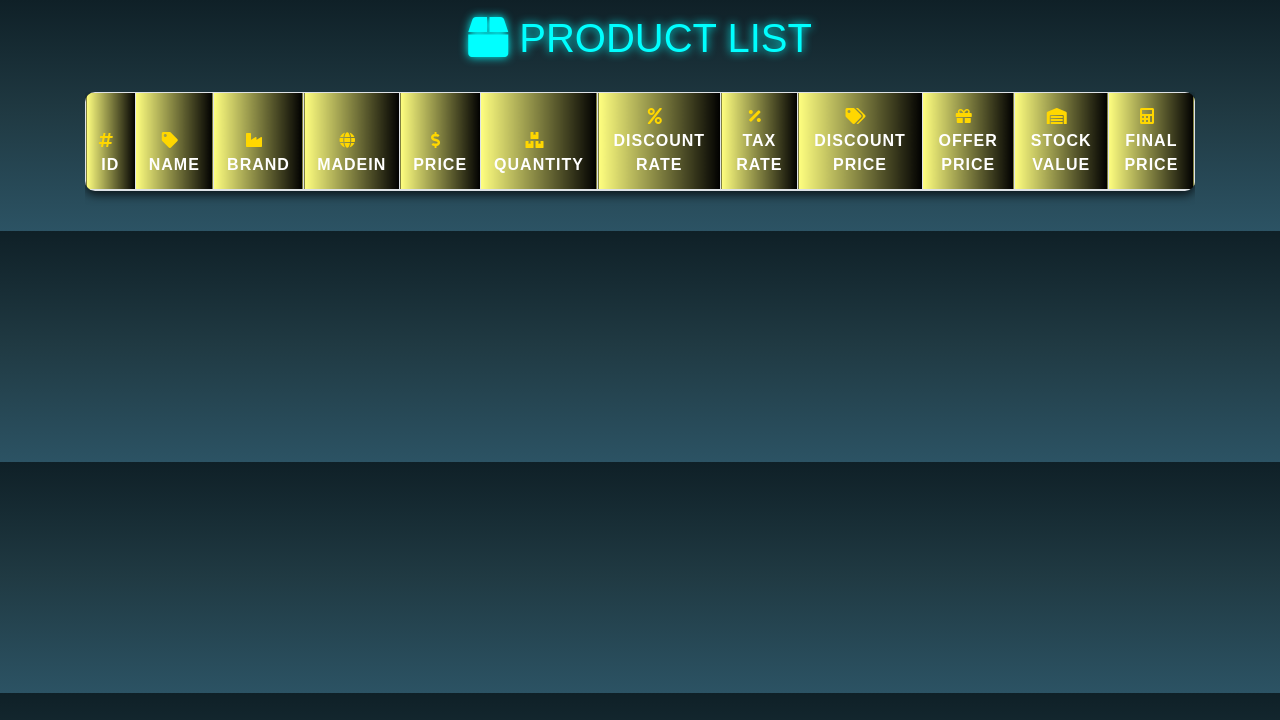
Repository: Ravi-kishor-09/Ravi-projects
Page: http://localhost/product-list
The author's editor kept a copy of each file at every save. The page is drawn from the files as they stood at one save, then again after the next save.
The browser window is 1280 px wide. The pictures show the whole page.
The page is this project's Thymeleaf template; nobody is signed in. The template is opened directly, without the code that normally fills it, so the values that code supplies are empty.

Above is the page before, as saved 2024-12-20 14:22:19.

### spring1/src/main/resources/templates/product-list.html
<!DOCTYPE html>
<html lang="en">
<head>
    <meta charset="UTF-8">
    <meta name="viewport" content="width=device-width, initial-scale=1.0">
    <title>Product List</title>
    <!-- Bootstrap CSS -->
    <link href="https://maxcdn.bootstrapcdn.com/bootstrap/4.5.2/css/bootstrap.min.css" rel="stylesheet">
    <!-- Font Awesome for Icons -->
    <link href="https://cdnjs.cloudflare.com/ajax/libs/font-awesome/5.15.4/css/all.min.css" rel="stylesheet">
    <style>
        /* General Styles */
        body {
            background: linear-gradient(to bottom, #0f2027, #203a43, #2c5364);
            color: white;
            font-family: 'Arial', sans-serif;
        }
        h1 {
            color: aqua;
            margin-bottom: 20px;
            text-shadow: 0 0 10px aqua;
            animation: text-jump 2s infinite;
        }
        @keyframes text-jump {
            0%, 100% { transform: translateY(0); }
            50% { transform: translateY(-10px); }
        }

        /* Table Styles */
        table {
            background-color: rgba(0, 0, 0, 0.8);
            border-radius: 10px;
            overflow: hidden;
            box-shadow: 0 4px 10px rgba(0, 0, 0, 0.7);
        }
        thead th {
            background: linear-gradient(90deg, rgb(255, 255, 128), rgb(0, 0, 0));
            color: white;
            font-weight: bold;
            text-transform: uppercase;
            letter-spacing: 1px;
        }
        tbody td {
            color: #d4f3ef;
        }
        tbody tr {
            transition: background-color 0.3s, transform 0.3s;
        }
        tbody tr:hover {
            background: #333;
            transform: scale(1.02);
            cursor: pointer;
        }

        /* Column Icons */
        .icon {
            color: gold;
            margin-right: 8px;
        }

        /* Button and Interaction Styles */
        .btn {
            border: none;
            color: white;
            background: linear-gradient(90deg, #56ab2f, #a8e063);
            padding: 8px 15px;
            border-radius: 20px;
            transition: all 0.3s ease-in-out;
        }
        .btn:hover {
            background: linear-gradient(90deg, #a8e063, #56ab2f);
            box-shadow: 0 0 10px #a8e063;
        }

        /* Row Glow Effect */
        tbody tr:hover td {
            text-shadow: 0 0 8px #39ff14;
        }

        /* Responsive Styles */
        @media (max-width: 768px) {
            h1 {
                font-size: 1.5rem;
            }
            table {
                font-size: 0.9rem;
            }
        }
    </style>
</head>
<body>
    <div class="container text-center py-4">
        <h1><i class="fas fa-box"></i> PRODUCT LIST</h1>
        <div class="table-responsive">
            <table class="table table-bordered table-hover">
                <thead>
                    <tr>
                        <th><i class="fas fa-hashtag icon"></i>Id</th>
                        <th><i class="fas fa-tag icon"></i>Name</th>
                        <th><i class="fas fa-industry icon"></i>Brand</th>
                        <th><i class="fas fa-globe icon"></i>MadeIn</th>
                        <th><i class="fas fa-dollar-sign icon"></i>Price</th>
                        <th><i class="fas fa-boxes icon"></i>Quantity</th>
                        <th><i class="fas fa-percent icon"></i>Discount Rate</th>
                        <th><i class="fas fa-percentage icon"></i>Tax Rate</th>
                        <th><i class="fas fa-tags icon"></i>Discount Price</th>
                        <th><i class="fas fa-gift icon"></i>Offer Price</th>
                        <th><i class="fas fa-warehouse icon"></i>Stock Value</th>
                        <th><i class="fas fa-calculator icon"></i>Final Price</th>
                    </tr>
                </thead>
                <tbody>
                    <tr th:each="product : ${products}">
                        <td th:text="${product.Id}"></td>
                        <td th:text="${product.Name}"></td>
                        <td th:text="${product.Brand}"></td>
                        <td th:text="${product.MadeIn}"></td>
                        <td th:text="${product.price}"></td>
                        <td th:text="${product.Quantity}"></td>
                        <td th:text="${product.discountRate}"></td>
                        <td th:text="${product.taxRate}"></td>
                        <td th:text="${product.discountprice}"></td>
                        <td th:text="${product.offerprice}"></td>
                        <td th:text="${product.stockvalue}"></td>
                        <td th:text="${product.finalprice}"></td>
                    </tr>

                </tbody>
            </table>
        </div>
    </div>
</body>
</html>

After the next save:
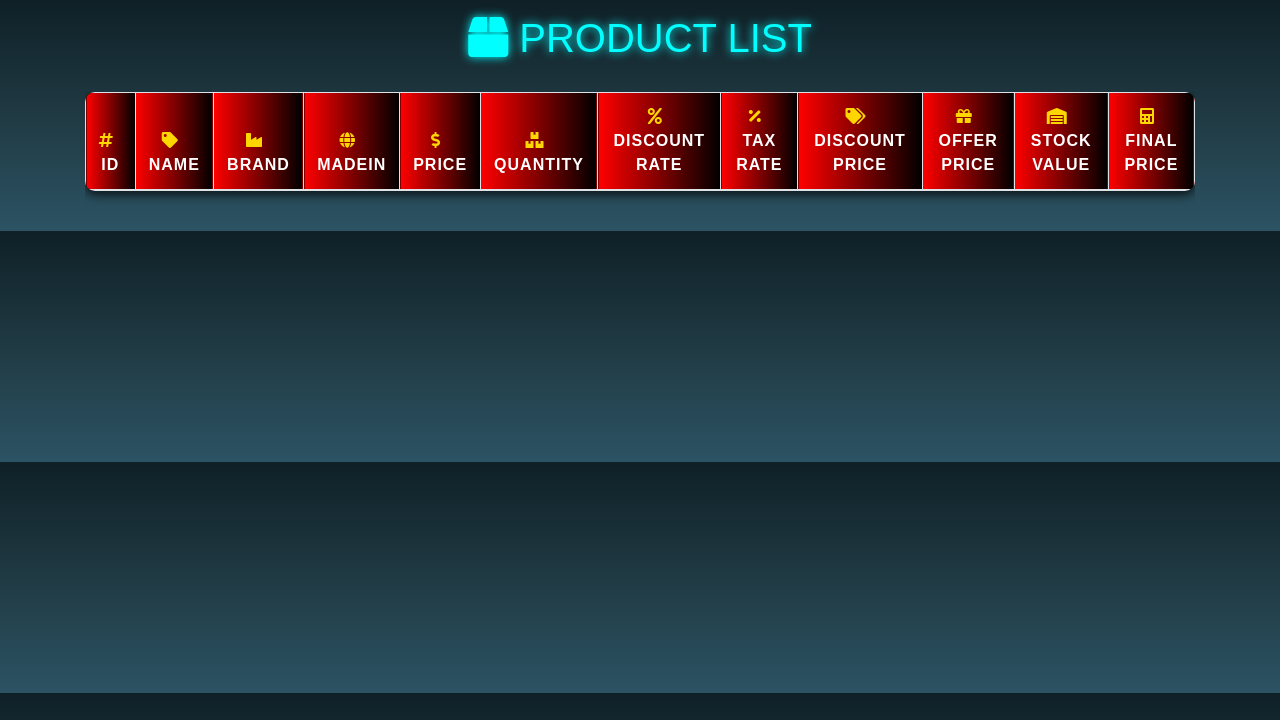
Saved 21 s later.
--- a/spring1/src/main/resources/templates/product-list.html
+++ b/spring1/src/main/resources/templates/product-list.html
@@ -34,7 +34,7 @@
             box-shadow: 0 4px 10px rgba(0, 0, 0, 0.7);
         }
         thead th {
-            background: linear-gradient(90deg, rgb(255, 255, 128), rgb(0, 0, 0));
+            background: linear-gradient(90deg, rgb(255, 0, 0), rgb(0, 0, 0));
             color: white;
             font-weight: bold;
             text-transform: uppercase;
